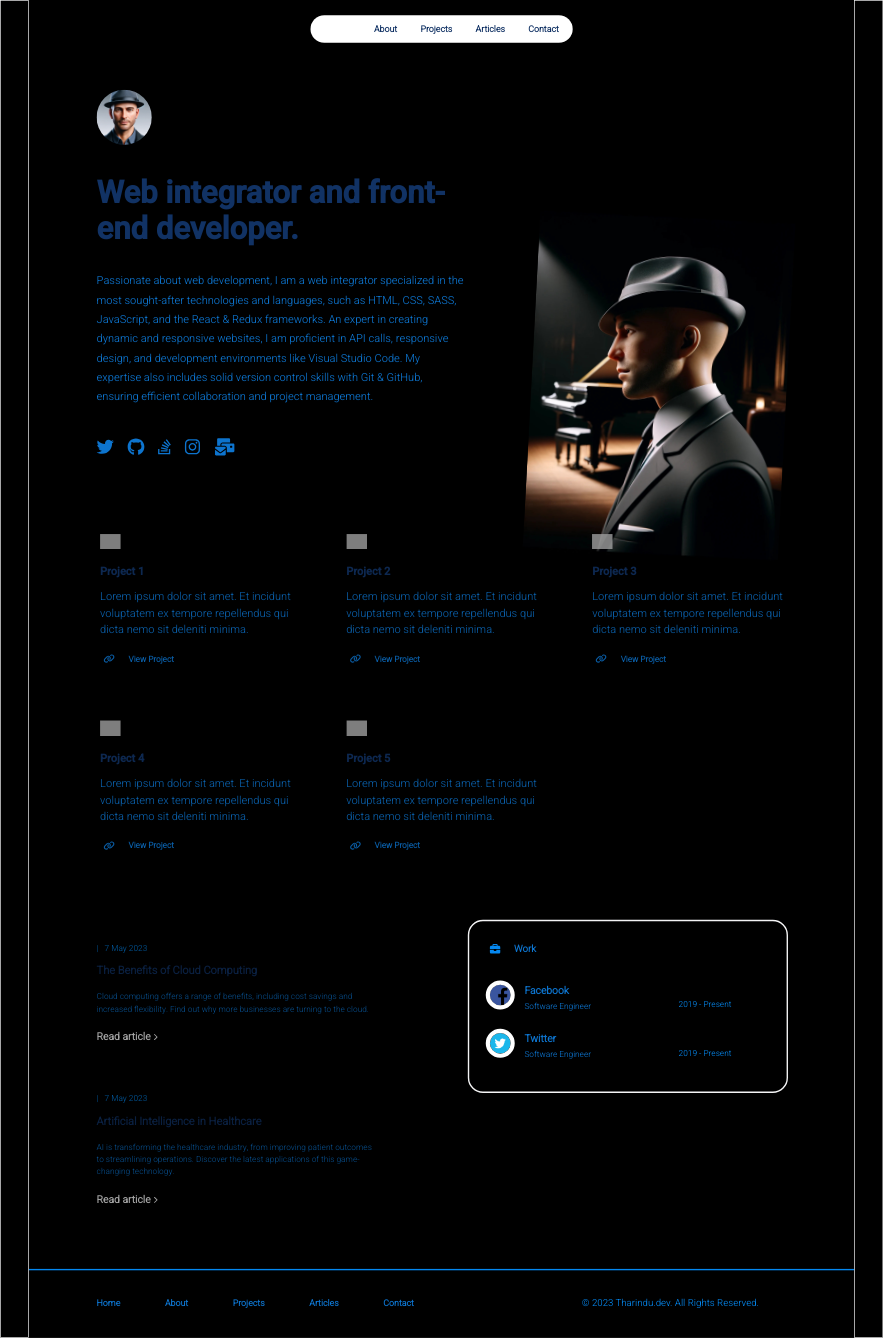
Repository: Dimple3377/reactfolio-master
Page: /
The author's editor kept a copy of each file at every save. The page is drawn from the files as they stood at one save, then again after the next save.
The browser window is 1280 px wide. The pictures show the whole page, at 69% of full size.
Pictures or frames that could not be fetched are drawn as grey boxes. The project was rebuilt for these pictures with package versions that can differ from the ones it lists, and the page was loaded fresh each time. Also part of the build but not shown: src/components/about/socials.jsx, src/pages/styles/about.css, src/pages/about.jsx, src/pages/styles/projects.css, src/pages/projects.jsx, src/components/articles/article.jsx, src/pages/styles/articles.css, src/pages/articles.jsx and 5 more.

Above is the page before, as saved 2024-04-24 01:15:52.

After the next save:
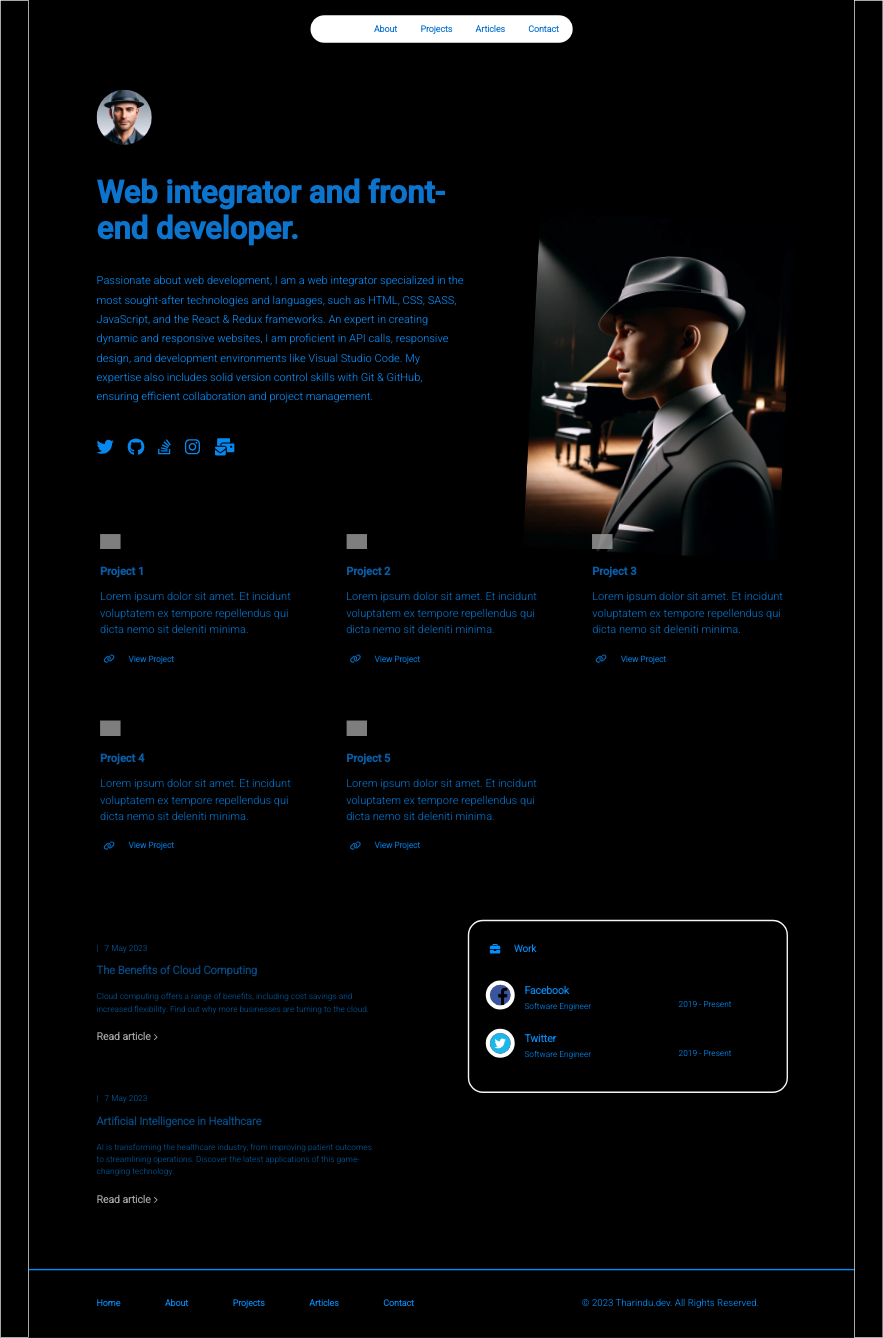
Saved 3 min 40 s later.
--- a/src/data/styles.css
+++ b/src/data/styles.css
@@ -1,9 +1,9 @@
 :root {
 	/* ------- colors ------- */
-	--primary-color: #113264;
-	--secondary-color: #0d74ce;
-	--tertiary-color: #0588f0;
-	--quaternary-color: #0090ff;
+	--primary-color: #0d74ce;
+	--secondary-color: #0588f0;
+	--tertiary-color: #0090ff;
+	--quaternary-color: #5eb1ef;
 	--link-color: white;
 	/* ---------------------- */
 
